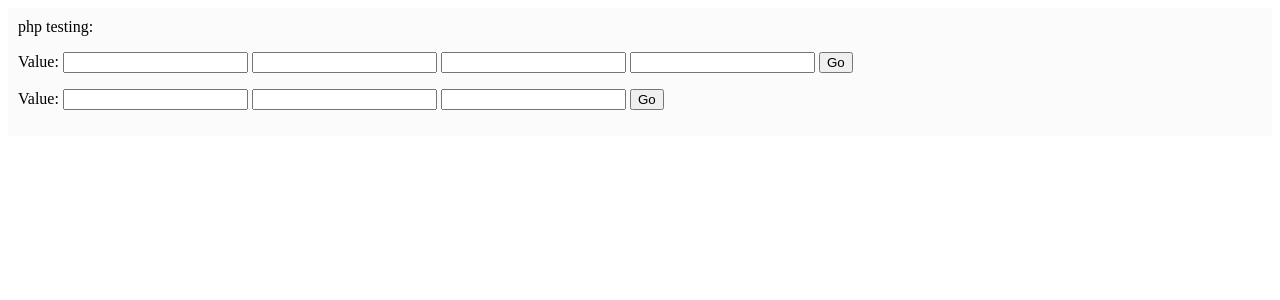
Repository: githubnorm/privat
Page: http://localhost/
These files come from the project's save history. The page is drawn as it stood at one moment and after the next save; the edit follows.
The browser window is 1280 px wide. The pictures show the whole page.
Some web libraries are served in a nearby version. The page is run by PHP 8.4 with error messages shown; the project is at /var/www/html/. Queries for data that is not in the repository find no rows.

Above is the page before, as saved 2014-08-24 13:51:17.

After the next save:
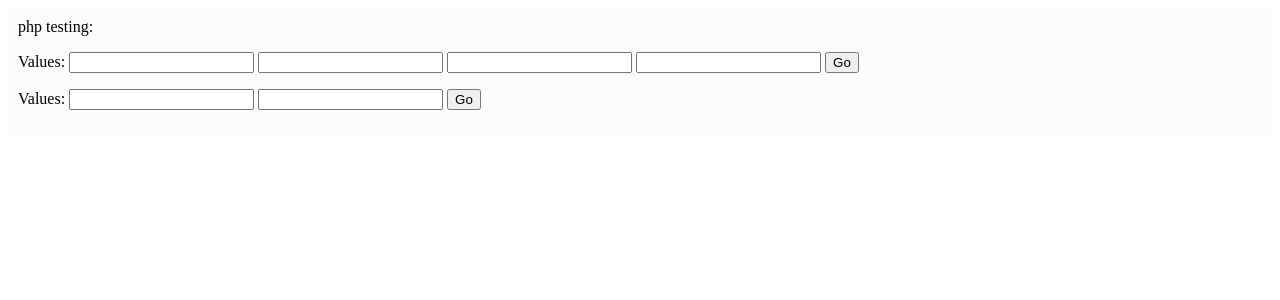
Saved 33 s later.
--- a/php/index.php
+++ b/php/index.php
@@ -12,7 +12,7 @@
 		php testing:<br>
 		<p>
 			<form method="post" action="source/db_insert.php" onSubmit="return ajaxSubmit(this);">
-				Value: <input type="text" name="location" />
+				Values: <input type="text" name="location" />
 				<input type="text" name="anfahrt" />
 				<input type="text" name="jobs" />
 				<input type="text" name="ratings" />
@@ -26,8 +26,7 @@
 		</p>
 		<p id="form_add" style="display:none">
 			<form method="post" action="source/db_insert_job.php" onSubmit="return ajaxSubmit(this);">
-				Value: <input type="text" name="location" />
-				<input type="text" name="position" />
+				Values: <input type="text" name="position" />
 				<input type="text" name="link" />
 				<input type="hidden" name="company" value="" />
 				<input type="submit" name="form_submit" value="Go" />
